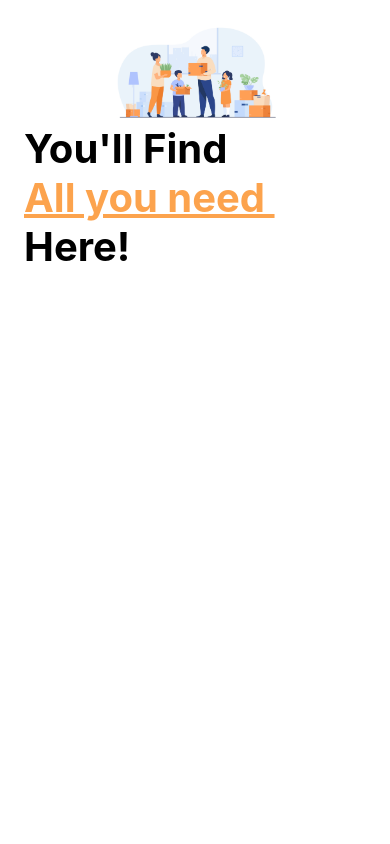
Repository: oscarMyerston/ProjectName
Screen: /
The author's editor kept a copy of each file at every save. The screen is drawn from the files as they stood at one save, then again after a run of saves.
The app was drawn by React Native's web renderer in a window 390 px wide. The project was rebuilt for these pictures with package versions that can differ from the ones it lists, and the page was loaded fresh each time. Also part of the build but not shown: Chair.js, Table.js.

Above is the screen before, as saved 2024-06-02 19:54:55.

### App.js
/**
 * Sample React Native App
 * https://github.com/facebook/react-native
 *
 * @format
 * @flow strict-local
 */

import React, { useState } from 'react';
import {
  SafeAreaView,
} from 'react-native';
import { Chair as BlackChair} from './Chair';
import Table from "./Table"
import Splash from './src/screen/auth/Splash';

const App = ()  => {
  const [ theme, setTheme ] = useState('light')
  return (
    <SafeAreaView>
    <Splash/>
    </SafeAreaView>
  );
};

const styles = {
  themeHeader: {
    margin: 16,
    fontSize: 16,
    backgroundColor: 'yellow'
  }
}

// const styles = StyleSheet.create({
//   themeHeader: {
//     margin: 16,
//     fontSize: 16,
//     backgroundColor: 'yellow'
//   }
// })

export default App;

### src/screen/auth/Splash/index.js
import React from "react";
import { Text, Image, View } from "react-native"
import { styles } from './styles'

const Splash = () => {
  return [
    <View style={styles.container}>
      <Image
        resizeMode="contain"
        style={styles.image}
        source={require('../../../assets/splash_image.png')}
      />
      <Text style={styles.title}>You'll Find</Text>
      <Text style={[styles.title, styles.innetTitle]} >All you need </Text>
      <Text style={styles.title}>Here!</Text>

    </View>,
  ];

}

export default Splash

### src/screen/auth/Splash/styles.js
import { StyleSheet } from "react-native"

export const styles = StyleSheet.create({
  container: {
    padding: 24,
  },
  image: {
    width: '100%',
    height: 100,
  },
  title: {
    fontSize: 40,
    fontWeight: 'bold',

  },
  innetTitle: {
    color: '#FCA34D',
    textDecorationLine: 'underline'
  }
})

After the next 4 saves:
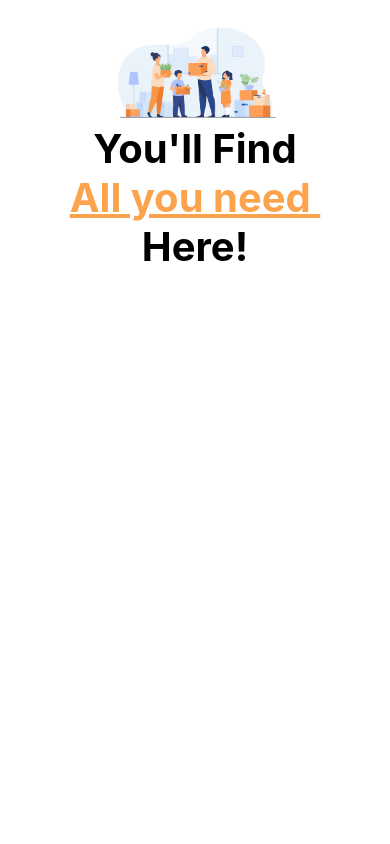
The 4 saves are shown as one change because they came seconds apart.
The last was saved 12 s later.
--- a/src/screen/auth/Splash/styles.js
+++ b/src/screen/auth/Splash/styles.js
@@ -11,7 +11,7 @@ export const styles = StyleSheet.create({
   title: {
     fontSize: 40,
     fontWeight: 'bold',
-
+    textAlign: 'center',
   },
   innetTitle: {
     color: '#FCA34D',
